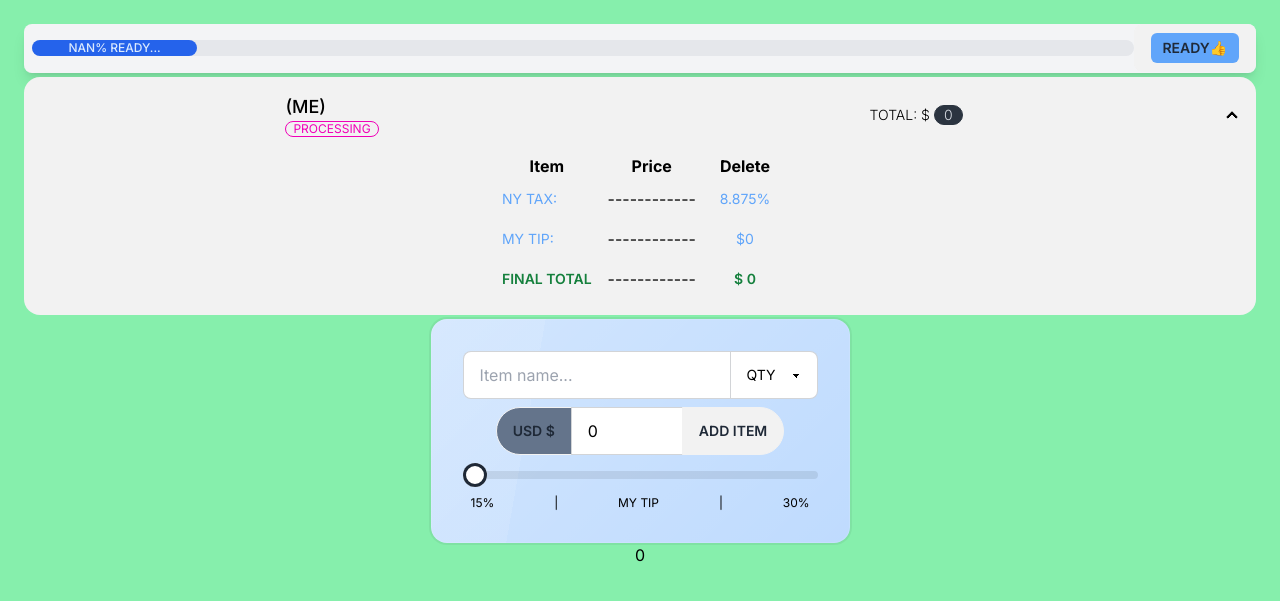
Repository: bitepay/bitepay-xyz
Page: /table
The author's editor kept a copy of each file at every save. The page is drawn from the files as they stood at one save, then again after the next save.
The browser window is 1280 px wide. The pictures show the whole page.
The page's requests for data from a server got no answer. The project was rebuilt for these pictures with package versions that can differ from the ones it lists, and the page was loaded fresh each time. The framework's server and built-in components were replaced by stand-ins that run in the browser. No one was signed in, and anything a server would have sent is missing. Also part of the build but not shown: next.config.js.

Above is the page before, as saved 2023-06-28 08:16:09.

After the next save:
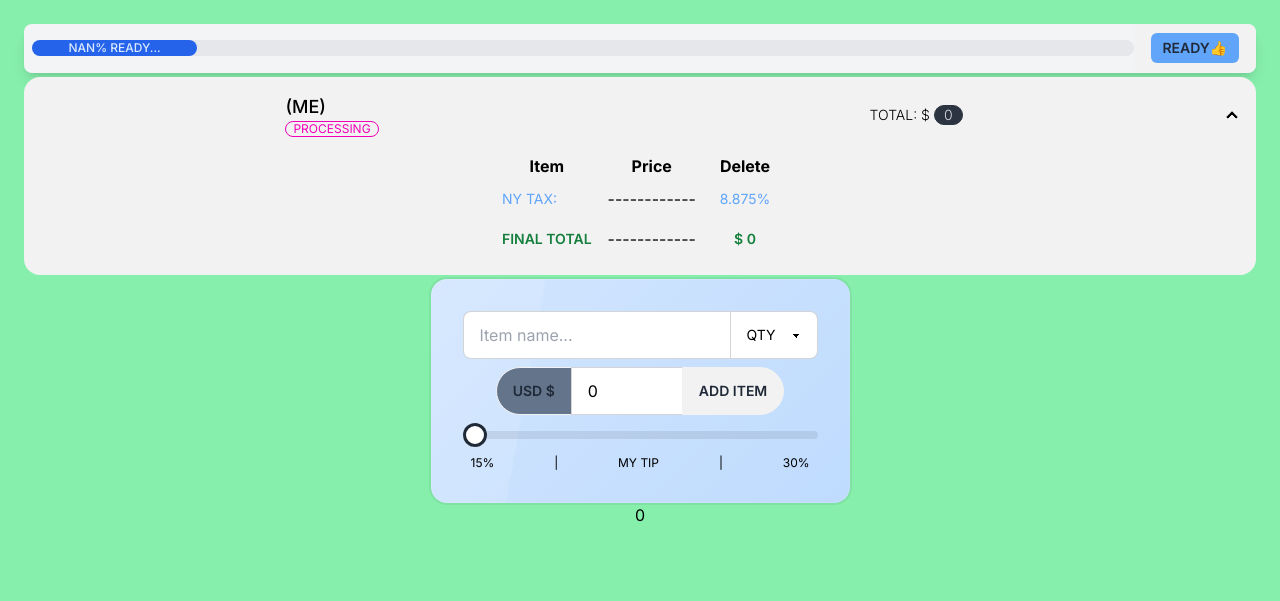
Saved 46 s later.
--- a/src/components/UserBill.jsx
+++ b/src/components/UserBill.jsx
@@ -63,7 +63,7 @@ export const UserBill = ({ user, handleUserDelete }) => {
                 <div className="text-sm text-center  text-blue-400">8.875%</div>
               </td>
             </tr>
-            <tr>
+            <tr hidden={user.status !== 'READY'}>
               <td className="p-2 whitespace-nowrap">
                 <div className="text-left text-sm text-blue-400">MY TIP:</div>
               </td>
